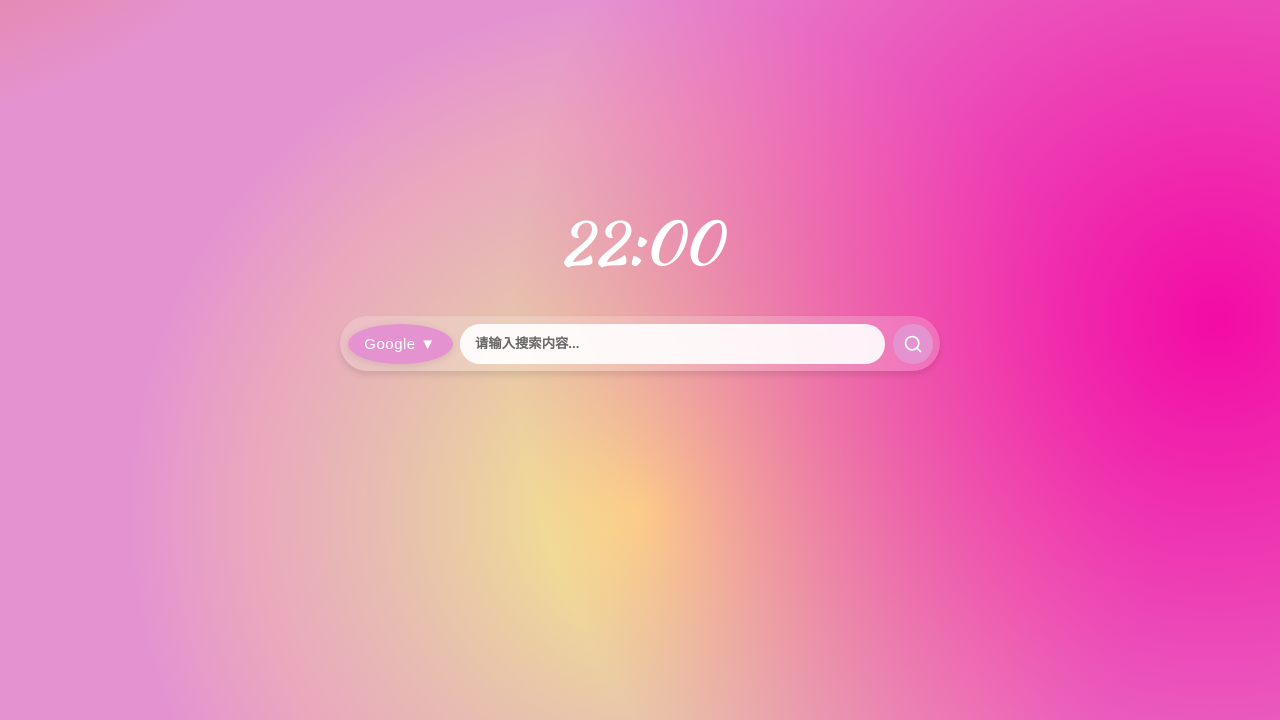
Repository: RADEKWRLD/NaviR
Page: index.html
An editor plug-in stored every save of this project. The page is shown before and after the next save, followed by the edit.
The browser window is 1280 px wide. The pictures show the whole page.

Above is the page before, as saved 2025-05-23 22:48:20.
Console error: TypeError: Cannot read properties of null (reading 'appendChild')

After the next save:
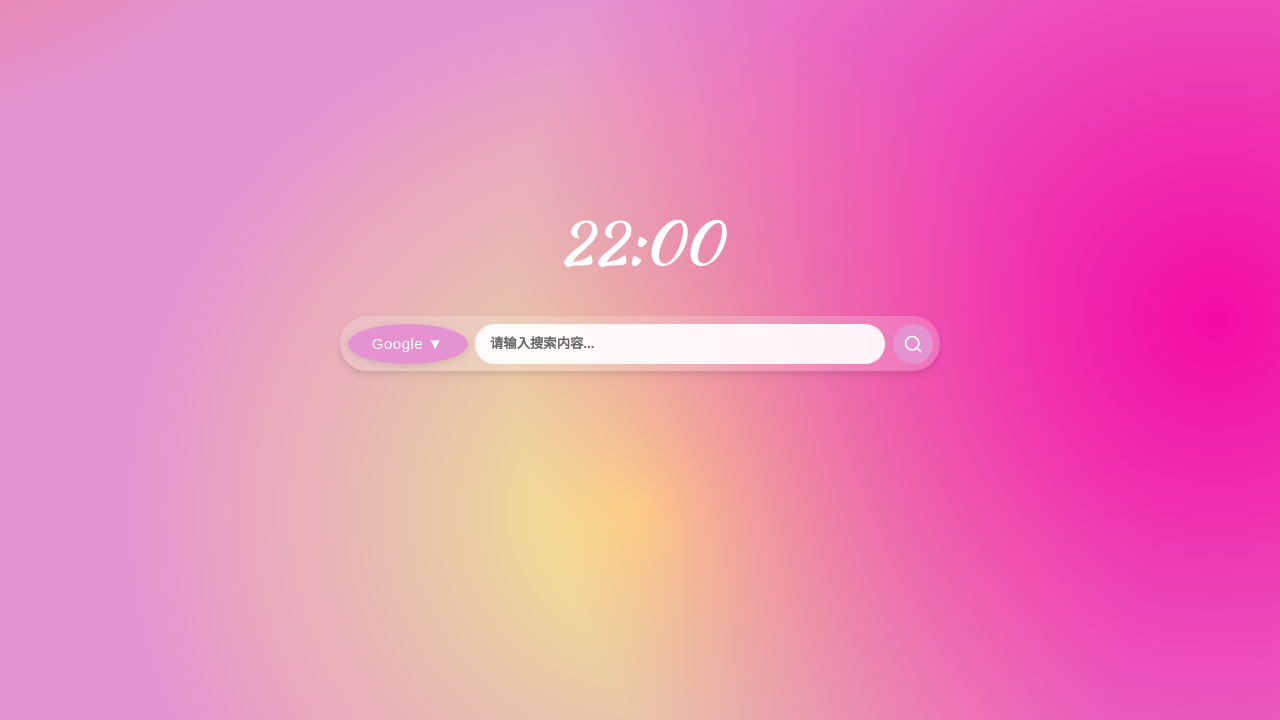
Saved 93 s later.
--- a/style.css
+++ b/style.css
@@ -216,14 +216,16 @@ body {
 }
 
 .engine-btn {
-    border: none;
+    padding: 0.7rem 1.8rem;
+    border: none;
+    border-radius: 25px;
     background: rgba(255, 255, 255, 0.15);
     backdrop-filter: blur(10px);
     color: #fff;
     font-family: 'Quicksand', sans-serif;
     cursor: pointer;
     outline: none;
-    min-width: 7rem;
+    min-width: 120px;
     font-size: 1rem;
     height: 45px;
     display: flex;
